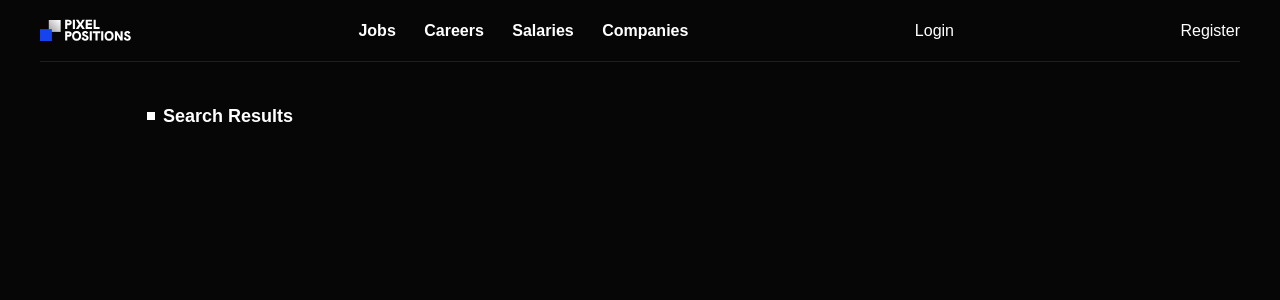
Repository: aggepap/pixel-positions-laravel
Page: http://localhost/search
These files come from the project's save history. The page is drawn as it stood at one moment and after the next save; the edit follows.
The browser window is 1280 px wide. The pictures show the whole page.
Some web fonts or font styles are not loaded; a fallback is used. The page is served by the project's Laravel application, run on PHP 8.4 with Laravel 12. Style sheets and scripts are compiled from the project's sources, by tool versions that may differ from the author's. Queries for data that is not in the repository find no rows.

Above is the page before, as saved 2025-02-22 22:18:35.

After the next save:
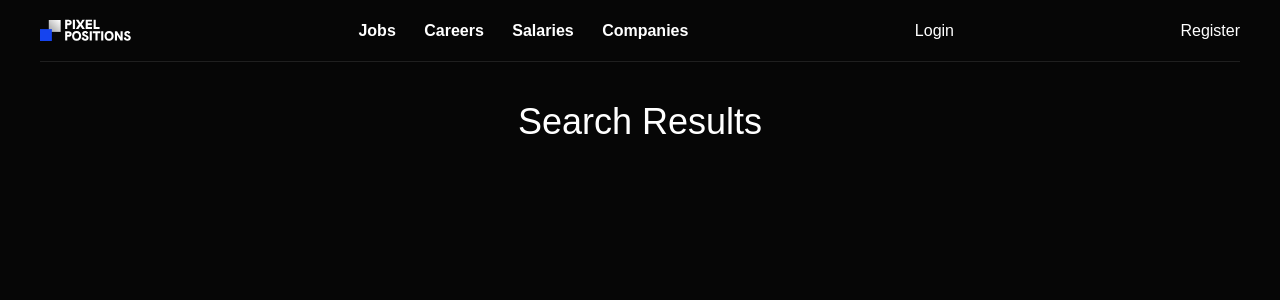
Saved 24 s later.
--- a/resources/views/jobs/results.blade.php
+++ b/resources/views/jobs/results.blade.php
@@ -1,6 +1,7 @@
 <x-layout>
   <div class="space-y-10">
-  <x-section-heading>Search Results</x-section-heading>
+    <x-page-heading>Search Results</x-page-heading>
+
 
   <div class="mt-6 space-y-6">
       @foreach ($jobs as $job )
